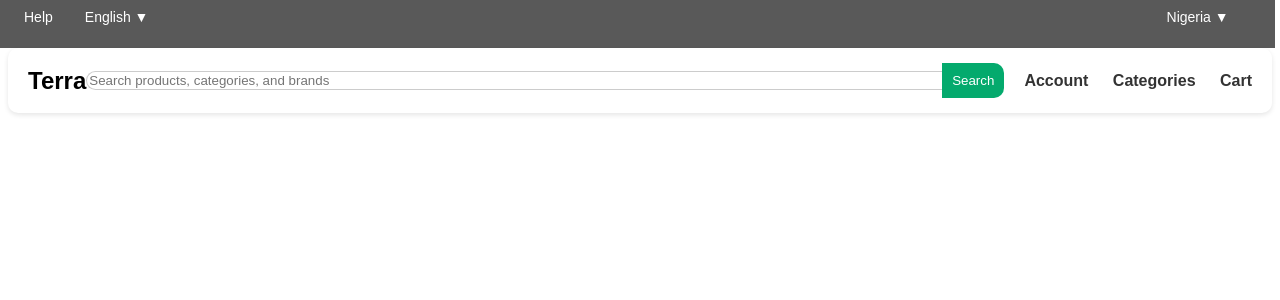
Repository: Femi007-gh/e-commerce
Page: index.html
These files come from the project's save history. The page is drawn as it stood at one moment and after the next save; the edit follows.
The browser window is 1280 px wide. The pictures show the whole page.

Above is the page before, as saved 2025-04-28 20:08:40.

After the next save:
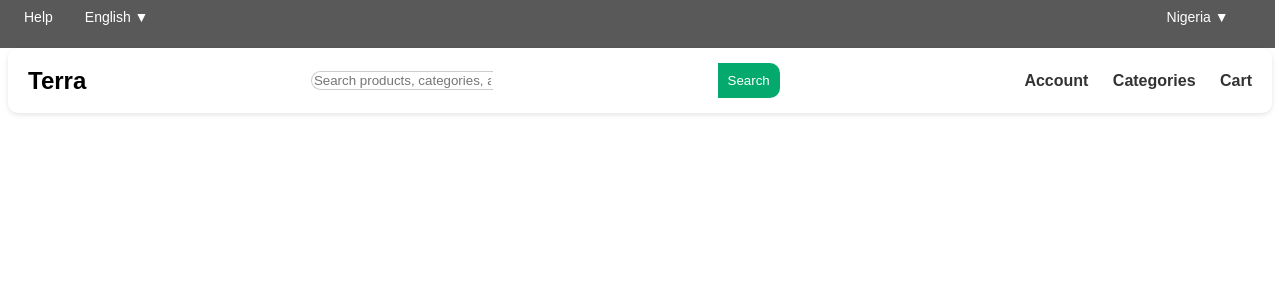
Saved 11 s later.
--- a/style.css
+++ b/style.css
@@ -88,7 +88,6 @@ body{
 
 
  .inp {
-  flex: 1;
   border: 1px solid #ccc;
   border-right: none;
   border-radius: 10px 0 0 10px;
